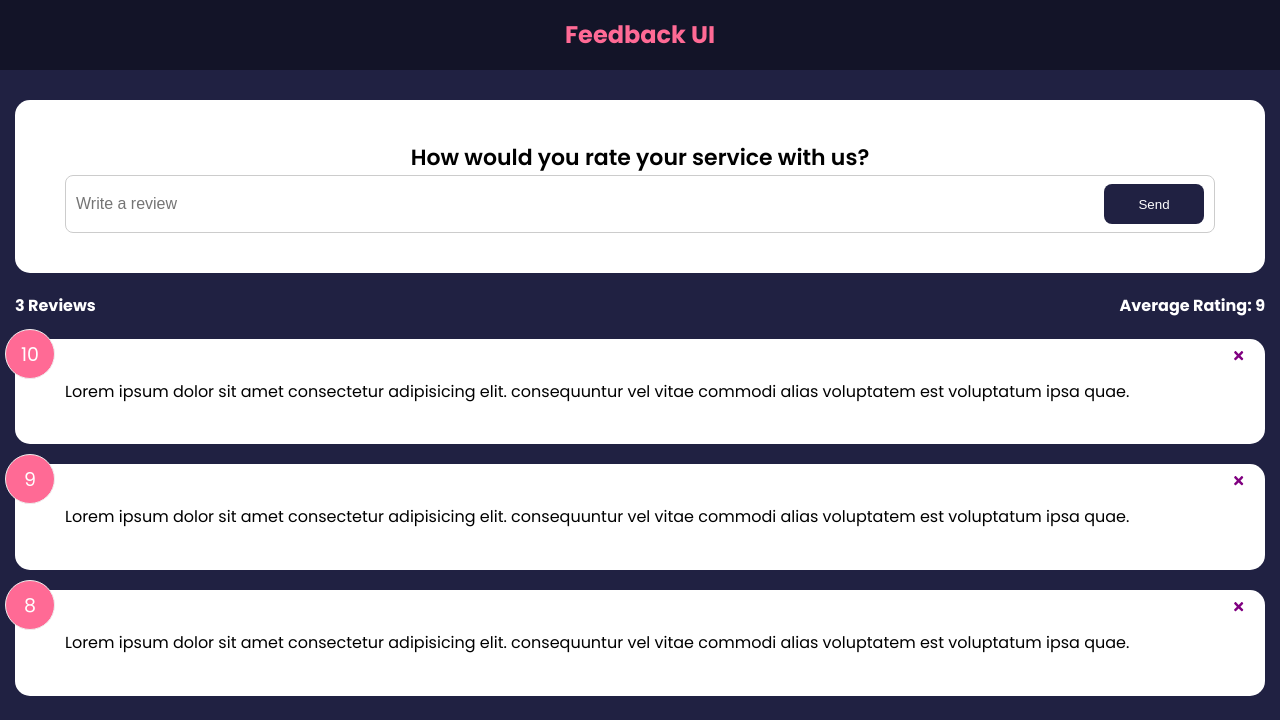
Repository: haokiet2501/feedback-app
Page: /
These files come from the project's save history. The page is drawn as it stood at one moment and after the next save; the edit follows.
The browser window is 1280 px wide. The pictures show the whole page.
The project was rebuilt for these pictures with package versions that can differ from the ones it lists, and the page was loaded fresh each time.

Above is the page before, as saved 2022-02-24 21:12:54.

After the next save:
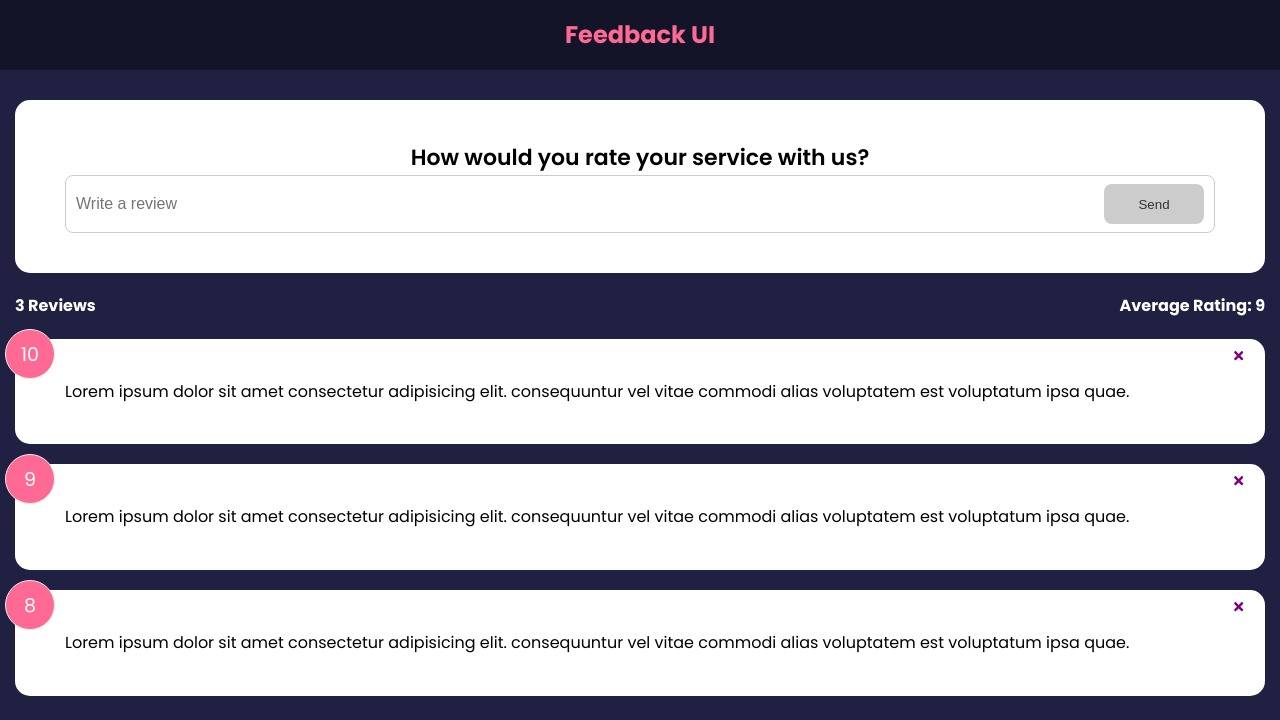
Saved 25 s later.
--- a/src/components/FeedbackForm.jsx
+++ b/src/components/FeedbackForm.jsx
@@ -23,7 +23,7 @@ function FeedbackForm() {
                     placeholder="Write a review"
                     value={text}
                   />
-                  <Button type="submit" btnDisabled={btnDisabled}>Send</Button>
+                  <Button type="submit" isDisabled={btnDisabled}>Send</Button>
               </div>
           </form>
       </Card>
